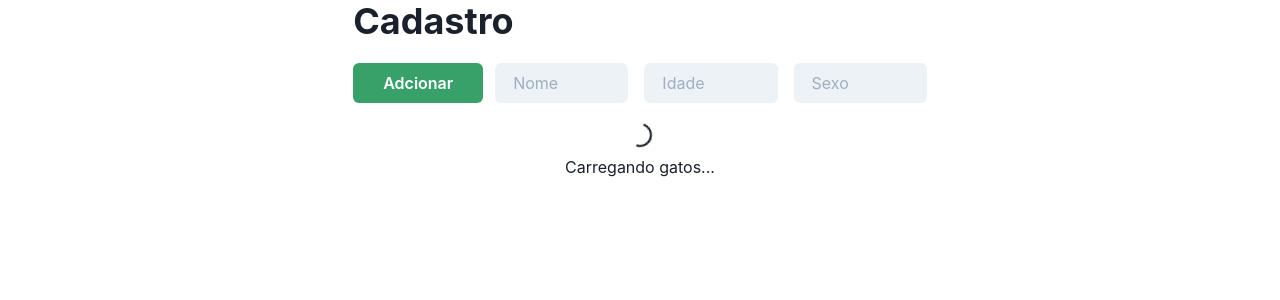
Repository: thislucasme/front-end-cats-react.js
Page: /cadastro
An editor plug-in stored every save of this project. The page is shown before and after the next save, followed by the edit.
The browser window is 1280 px wide. The pictures show the whole page.
The page's requests for data from a server got no answer. The project was rebuilt for these pictures with package versions that can differ from the ones it lists, and the page was loaded fresh each time. No one was signed in, and anything a server would have sent is missing.

Above is the page before, as saved 2021-10-27 15:32:49.

After the next save:
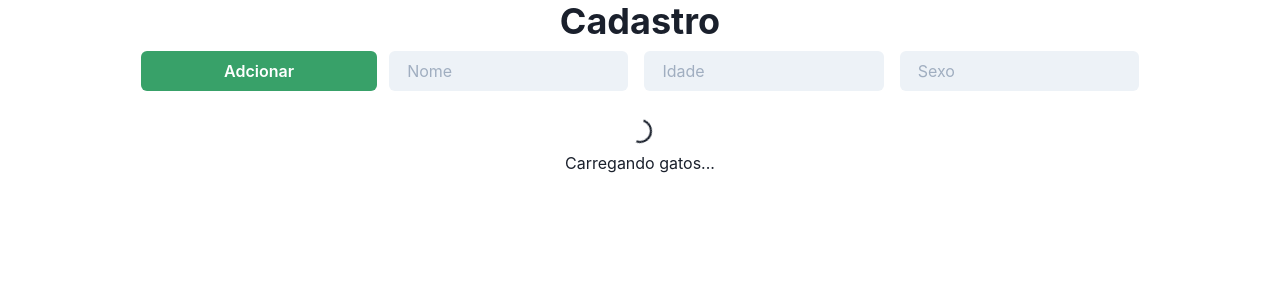
Saved 25 s later.
--- a/src/pages/cadastro.gatos.tsx
+++ b/src/pages/cadastro.gatos.tsx
@@ -1,4 +1,4 @@
-import { Button, Flex, Input, Container, Heading } from "@chakra-ui/react";
+import { Button, Flex, Input, Container, Heading, VStack } from "@chakra-ui/react";
 import axios from "axios";
 import React, { useState } from "react";
 import { Lista } from "../components/lista.gatos";
@@ -39,7 +39,7 @@ export const Cadastro = () => {
 	}
 
 	return (
-		<Container >
+		<VStack >
 			<Heading>Cadastro</Heading>
 			<Flex mt={5}>
 				<Button mr={3} w="full" colorScheme="green" onClick={() => { salvar() }}>Adcionar</Button>
@@ -49,6 +49,6 @@ export const Cadastro = () => {
 			</Flex>
 
 			<Lista gatos={data} onDelete={onDeleteGato} error={error} />
-		</Container>
+		</VStack>
 	);
 }
